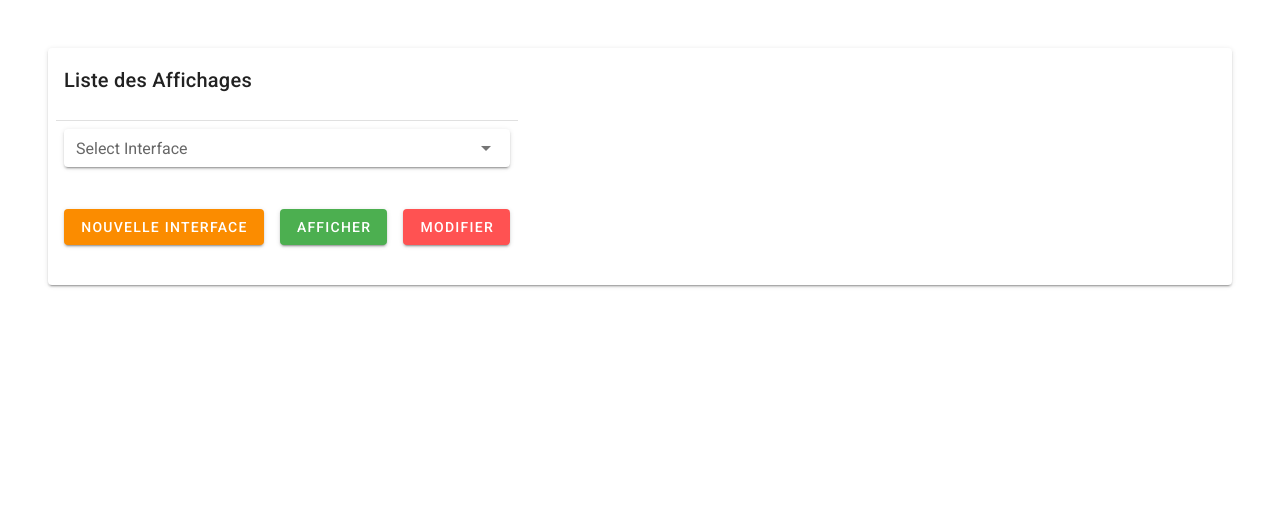
Repository: Hamagistral/BannerApp-Vue
Page: /#/
An editor plug-in stored every save of this project. The page is shown before and after a run of saves, followed by the edit.
The browser window is 1280 px wide. The pictures show the whole page.
The project was rebuilt for these pictures with package versions that can differ from the ones it lists, and the page was loaded fresh each time. Also part of the build but not shown: vue.config.js, src/components/WidgetText.vue, src/components/WidgetImage.vue, src/components/DynamicPage.vue.

Above is the page before, as saved 2023-02-07 01:30:25.

After the next 2 saves:
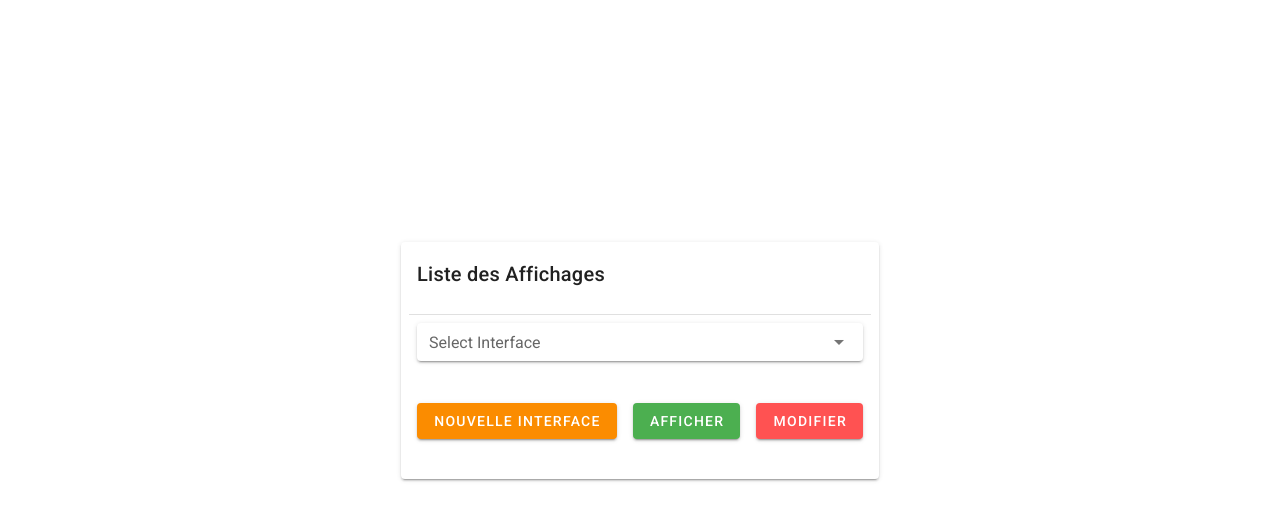
The 2 saves are shown as one change because they came seconds apart.
The last was saved 7 s later.
--- a/src/App.vue
+++ b/src/App.vue
@@ -1,7 +1,7 @@
 <template>
   <v-app>
     <v-main>
-      <v-container class="pa-12" fill-width fluid>
+      <v-container class="pa-12" fill-height fluid>
         <router-view align="center" justify="center" ></router-view>
       </v-container>
     </v-main>

After the save that followed:
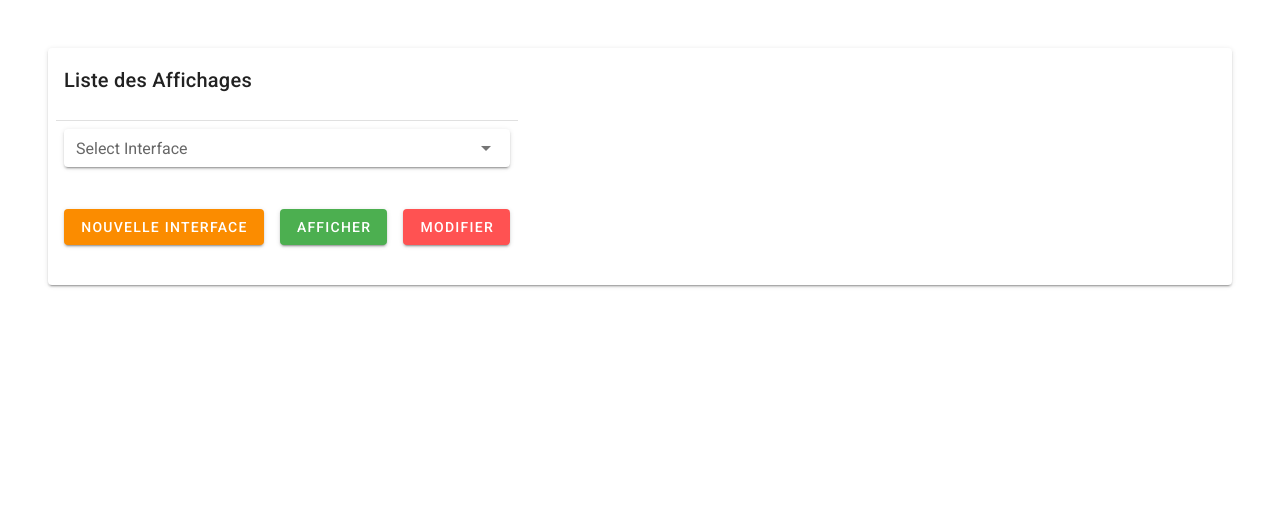
Saved 8 s later.
--- a/src/App.vue
+++ b/src/App.vue
@@ -1,7 +1,7 @@
 <template>
   <v-app>
     <v-main>
-      <v-container class="pa-12" fill-height fluid>
+      <v-container class="pa-12" fluid>
         <router-view align="center" justify="center" ></router-view>
       </v-container>
     </v-main>
